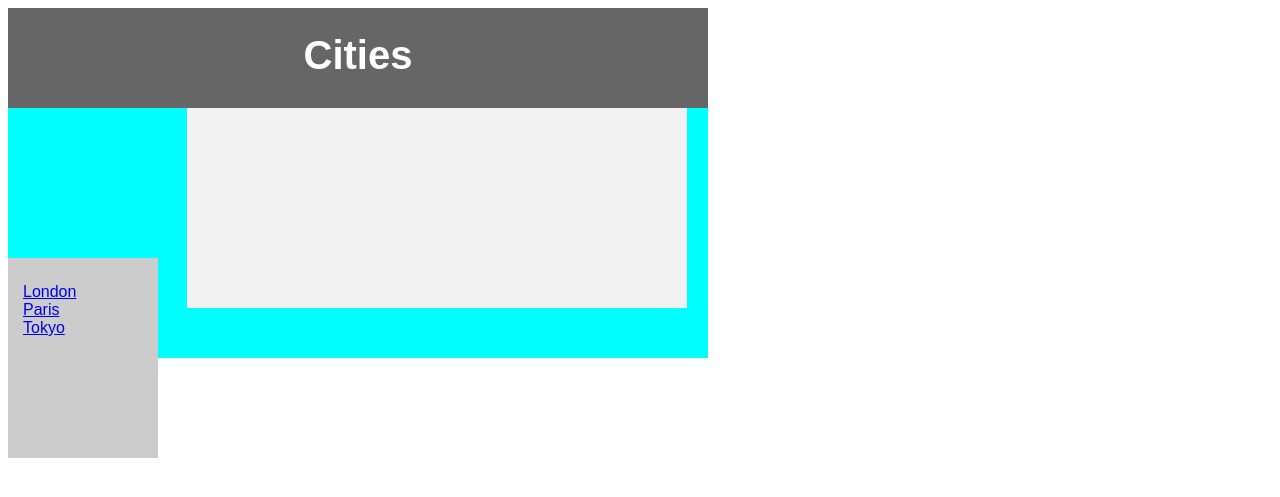
Repository: LongNguyen2504/T3H-FrondEnd
Page: Lesson3_CSS_HomeWork1.html
These files come from the project's save history. The page is drawn as it stood at one moment and after the next save; the edit follows.
The browser window is 1280 px wide. The pictures show the whole page.

Above is the page before, as saved 2021-12-01 17:56:34.

After the next save:
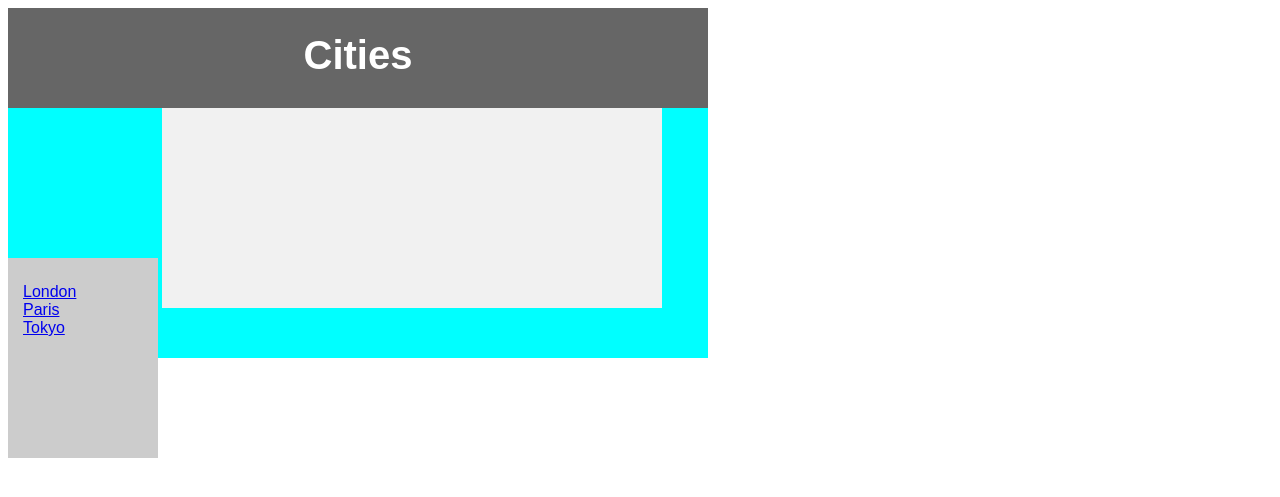
Saved 6 s later.
--- a/Lesson3_CSS_HomeWork1.css
+++ b/Lesson3_CSS_HomeWork1.css
@@ -34,7 +34,7 @@ li.first-list{
 }
 div.right-column{
     display: inline-block;
-    margin-left: 25px ;
+    /* margin-left: 25px ; */
     background-color: #f1f1f1 ;
     width: 500px;
     height: 200px;
